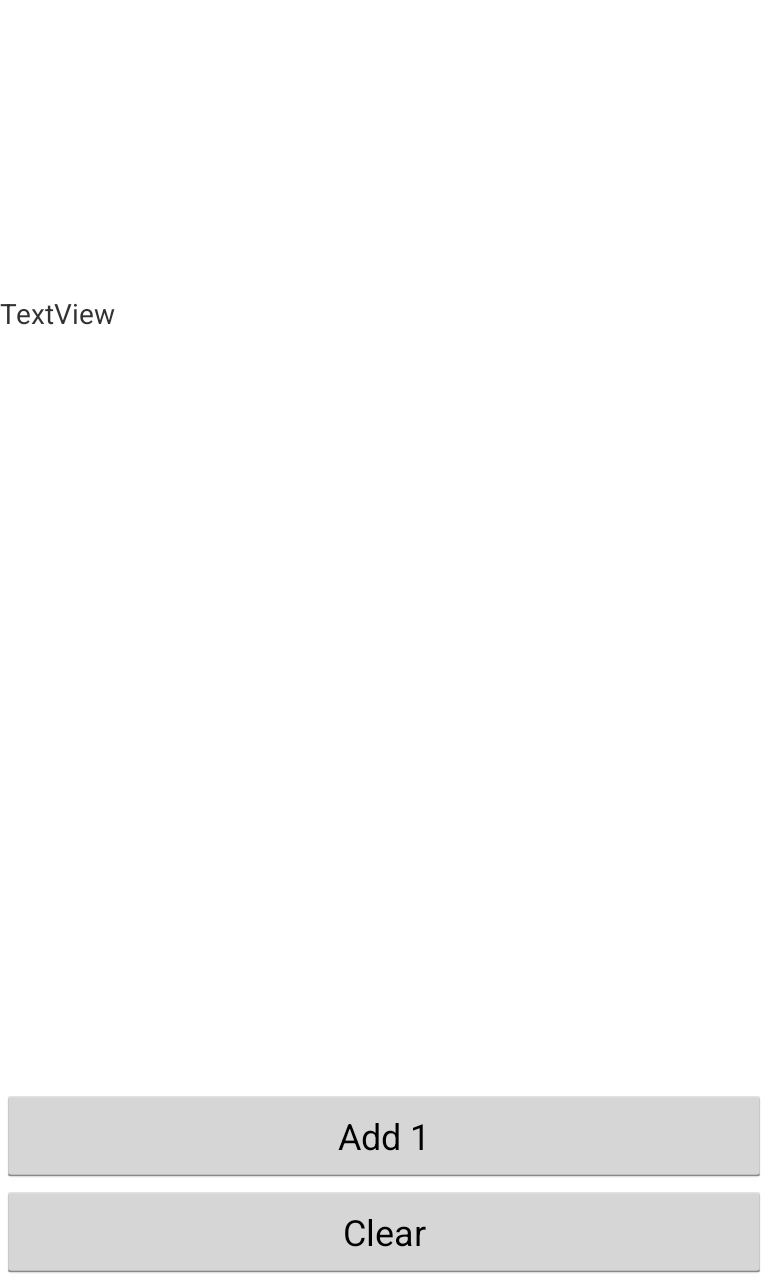
Repository: phedavkar/android_class
Layout: Counter2/res/layout/main.xml
The author's editor kept a copy of each file at every save. The layout is drawn from the files as they stood at one save, then again after the next save.
It is drawn on a 768 x 1280 px phone screen (xhdpi) without system bars, with theme AppTheme; the app's code is not run.

Above is the layout before, as saved 2014-04-08 19:09:32.

After the next save:
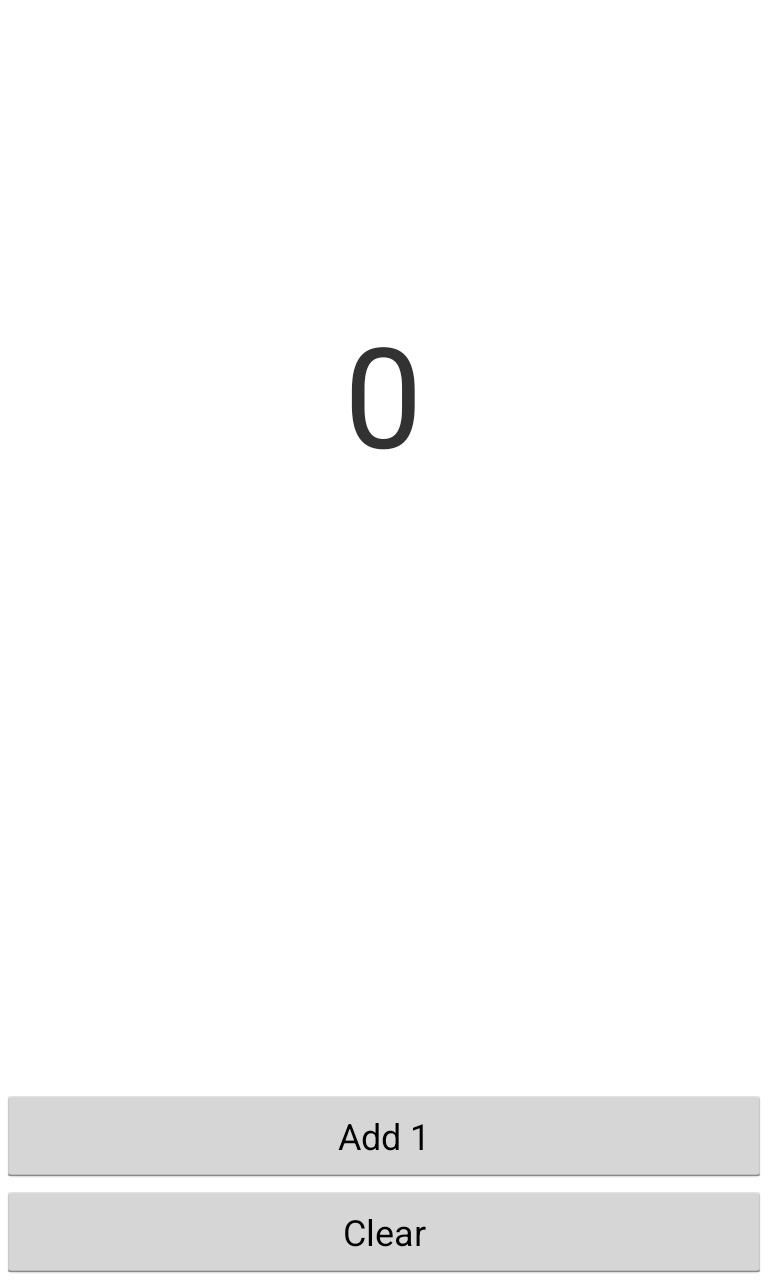
Saved 2 min 17 s later.
--- a/Counter2/res/layout/main.xml
+++ b/Counter2/res/layout/main.xml
@@ -19,12 +19,13 @@
         android:text="Add 1" />
 
     <TextView
-        android:id="@+id/textView1"
+        android:id="@+id/display"
         android:layout_width="wrap_content"
         android:layout_height="wrap_content"
         android:layout_alignParentTop="true"
-        android:layout_alignRight="@+id/button2"
-        android:layout_marginTop="147dp"
-        android:text="TextView" />
+ 		android:layout_centerHorizontal="true"
+        android:layout_marginTop="150dp"
+        android:textSize="70sp"
+        android:text="0" />
 
 </RelativeLayout>
